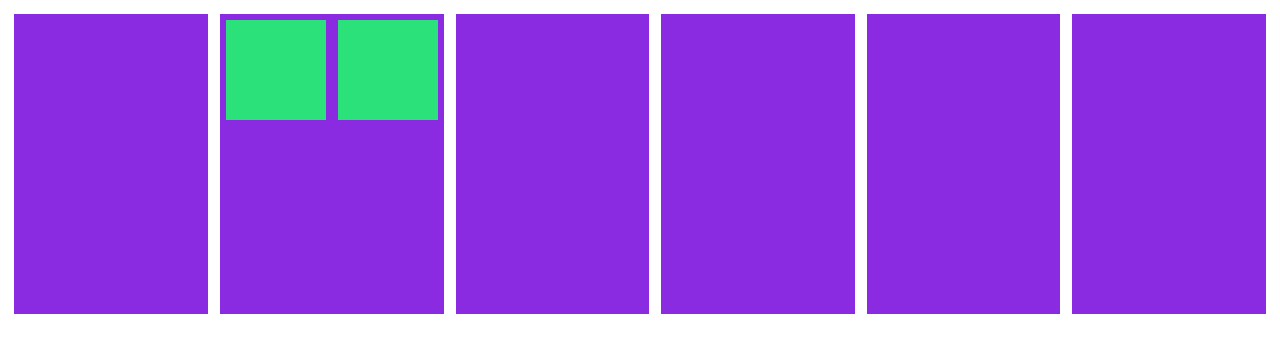
Repository: TzStrikerYT/Dise-o-web-NA00
Page: Proyecto-01/index.html
These files come from the project's save history. The page is drawn as it stood at one moment and after the next save; the edit follows.
The browser window is 1280 px wide. The pictures show the whole page.

Above is the page before, as saved 2024-08-21 20:49:20.

After the next save:
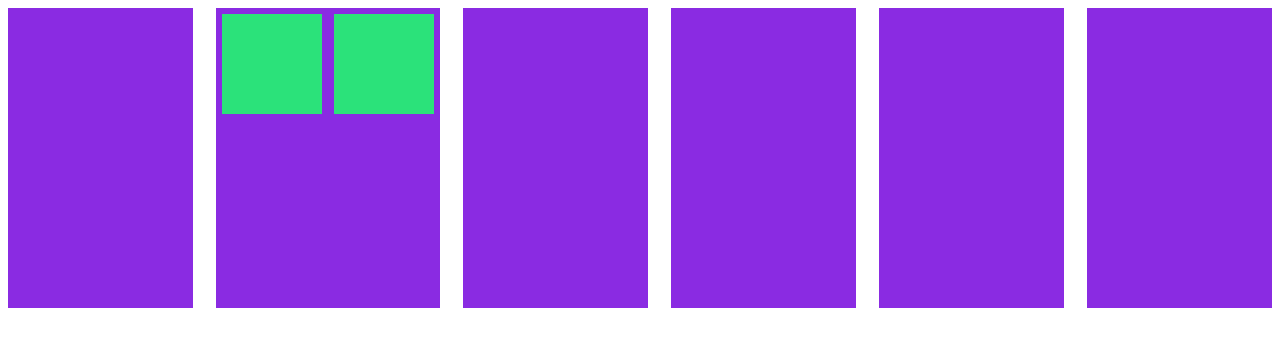
Saved 112 s later.
--- a/Proyecto-01/style.css
+++ b/Proyecto-01/style.css
@@ -2,7 +2,6 @@
     width: 300px;
     height: 300px;
     background-color: blueviolet;
-    margin: 6px;
     display: flex;
 }
 
@@ -15,4 +14,5 @@
 
 .container {
     display: flex;
+    gap: 23px;
 }
